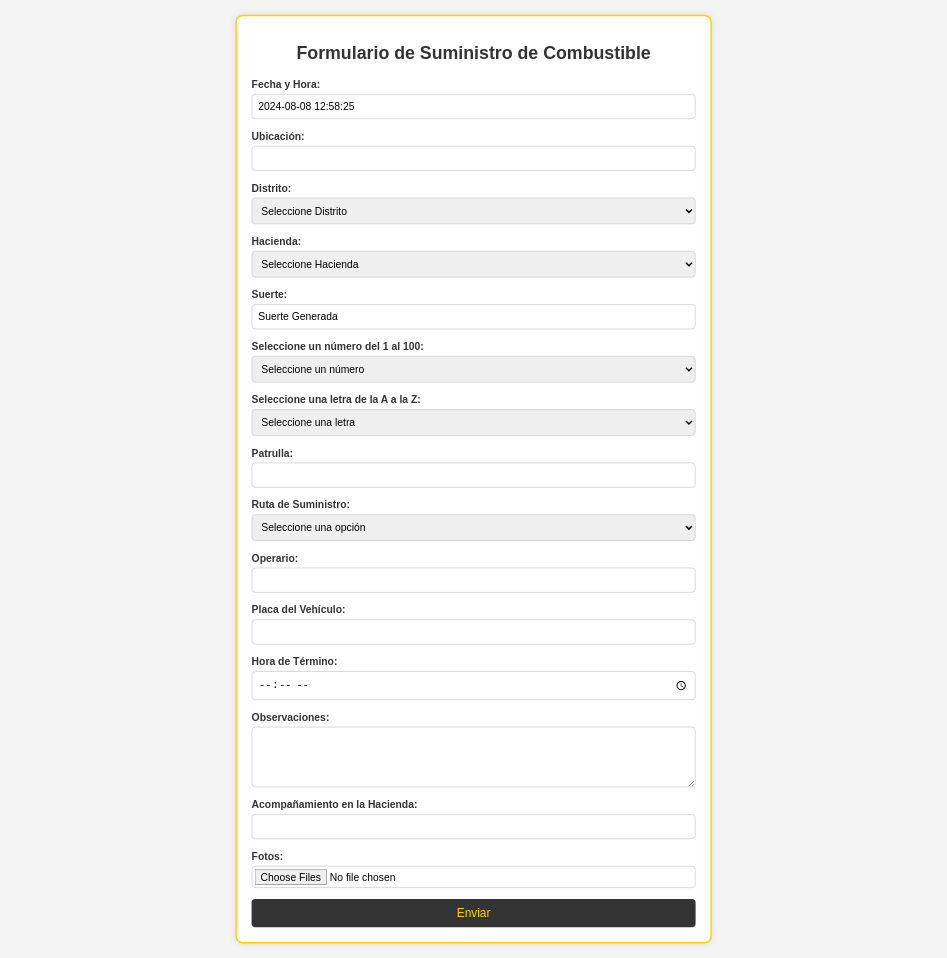
Repository: tayuanlogua/prototipo-de-control-de-accesos
Page: Patrullas/src/suministrocombustible.html
These files come from the project's save history. The page is drawn as it stood at one moment and after the next save; the edit follows.
The browser window is 1280 px wide. The pictures show the whole page, at 74% of full size.

Above is the page before, as saved 2024-08-29 14:50:02.

### Patrullas/src/suministrocombustible.html
<!DOCTYPE html>
<html lang="es">
  <head>
    <meta charset="UTF-8" />
    <meta name="viewport" content="width=device-width, initial-scale=1.0" />
    <title>Formulario de Suministro de Combustible</title>
    <style>
      /* Estilos generales para el body */
      body {
        font-family: Arial, sans-serif;
        background-color: #f4f4f4;
        margin: 0;
        padding: 0;
      }

      /* Estilos para el contenedor del formulario */
      .form-container {
        background-color: #ffffff;
        max-width: 600px;
        margin: 20px auto;
        padding: 20px;
        border-radius: 10px;
        box-shadow: 0 0 10px rgba(0, 0, 0, 0.1);
        display: flex;
        flex-direction: column;
        align-items: center;
        border: 2px solid #ffd200; /* Borde amarillo */
      }

      /* Estilo para el título del formulario */
      h1 {
        text-align: center;
        color: #333;
        font-size: 24px;
        margin-bottom: 20px;
      }

      /* Estilos para los formularios */
      form {
        display: flex;
        flex-direction: column;
        gap: 15px;
        width: 100%;
      }

      .form-group {
        display: flex;
        flex-direction: column;
        gap: 5px;
      }

      .form-group label {
        font-size: 14px;
        color: #333;
        text-align: left;
        font-weight: bold;
      }

      .form-group input[type="text"],
      .form-group input[type="number"],
      .form-group input[type="time"],
      .form-group input[type="date"],
      .form-group select,
      .form-group input[type="file"],
      .form-group textarea {
        width: 100%;
        padding: 8px;
        border: 1px solid #ccc;
        border-radius: 5px;
        box-sizing: border-box;
        font-size: 14px;
      }

      .form-group input[type="file"] {
        padding: 3px;
      }

      .form-group textarea {
        resize: vertical;
      }

      .form-group select {
        padding: 8px;
      }

      /* Estilo para el botón de envío */
      button[type="submit"] {
        display: block;
        width: 100%;
        padding: 10px;
        background-color: #333;
        color: #ffd200; /* Color amarillo */
        border: none;
        border-radius: 5px;
        font-size: 16px;
        cursor: pointer;
        transition: background-color 0.3s ease;
      }

      /* Estilos para el hover en botones */
      button[type="submit"]:hover {
        background-color: #555;
      }
    </style>
  </head>
  <body>
    <div class="form-container">
      <h1>Formulario de Suministro de Combustible</h1>
      <form id="fuel-supply-form">
        <div class="form-group">
          <!-- Fecha (automática) -->
          <label for="fechaHora">Fecha y Hora:</label>
          <input type="text" id="fechaHora" name="fechaHora" readonly />
        </div>
        <div class="form-group">
          <!-- Ubicación (automática) -->
          <label for="ubicacion">Ubicación:</label>
          <input type="text" id="ubicacion" name="ubicacion" readonly />
        </div>
        <!-- Distrito -->
        <div class="form-group">
          <label for="distrito">Distrito:</label>
          <select id="distrito" name="distrito" required>
            <option value="">Seleccione Distrito</option>
            <option value="1">Distrito 1</option>
            <option value="2">Distrito 2</option>
            <option value="3">Distrito 3</option>
            <option value="4">Distrito 4</option>
            <option value="5">Distrito 5</option>
          </select>
        </div>
        <!-- Hacienda -->
        <div class="form-group">
          <label for="hacienda">Hacienda:</label>
          <select id="hacienda" name="hacienda" required>
            <option value="">Seleccione Hacienda</option>
            <!-- Aquí puedes agregar las opciones de haciendas -->
          </select>
        </div>
        <!-- Suerte -->
        <div class="form-group">
          <label for="suerte">Suerte:</label>
          <input type="text" id="suerte" name="suerte" required readonly />
        </div>
        <div class="form-group">
          <label for="numeroSuerte">Seleccione un número del 1 al 100:</label>
          <select id="numeroSuerte" name="numeroSuerte" required>
            <!-- Opciones del 1 al 100 -->
            <option value="">Seleccione un número</option>
            <!-- Aquí puedes agregar las opciones -->
          </select>
        </div>
        <div class="form-group">
          <label for="letraSuerte">Seleccione una letra de la A a la Z:</label>
          <select id="letraSuerte" name="letraSuerte" required>
            <!-- Opciones de A a Z -->
            <option value="">Seleccione una letra</option>
            <!-- Aquí puedes agregar las opciones -->
          </select>
        </div>
        <!-- Resto de campos -->
        <div class="form-group">
          <label for="patrol">Patrulla:</label>
          <input type="text" id="patrol" name="patrol" required />
        </div>
        <div class="form-group">
          <label for="route">Ruta de Suministro:</label>
          <select id="route" name="route" required>
            <option value="">Seleccione una opción</option>
            <option value="norte">Norte</option>
            <option value="sur">Sur</option>
            <option value="centro">Centro</option>
            <option value="mecanizado">Mecanizado</option>
          </select>
        </div>
        <div class="form-group">
          <label for="operator">Operario:</label>
          <input type="text" id="operator" name="operator" required />
        </div>
        <div class="form-group">
          <label for="vehicle-plate">Placa del Vehículo:</label>
          <input type="text" id="vehicle-plate" name="vehicle-plate" required />
        </div>
        <div class="form-group">
          <label for="end-time">Hora de Término:</label>
          <input type="time" id="end-time" name="end-time" required />
        </div>
        <div class="form-group">
          <label for="observations">Observaciones:</label>
          <textarea id="observations" name="observations" rows="4"></textarea>
        </div>
        <div class="form-group">
          <label for="accompaniment">Acompañamiento en la Hacienda:</label>
          <input type="text" id="accompaniment" name="accompaniment" />
        </div>
        <div class="form-group">
          <label for="photos">Fotos:</label>
          <input
            type="file"
            id="photos"
            name="photos"
            accept="image/*"
            multiple
            required
          />
        </div>
        <button type="submit">Enviar</button>
      </form>
    </div>

    <script src="suministrocombustible.js"></script>
  </body>
</html>

### Patrullas/src/suministrocombustible.js
document.addEventListener("DOMContentLoaded", function () {
  // Completa la fecha y la hora actuales
  const fechaHoraInput = document.getElementById("fechaHora");
  const fechaActual = new Date();
  const fechaFormateada = fechaActual.toISOString().split("T")[0]; // Formato YYYY-MM-DD
  const horaFormateada = fechaActual.toTimeString().split(" ")[0]; // Formato HH:MM:SS
  fechaHoraInput.value = `${fechaFormateada} ${horaFormateada}`;

  // Completa la ubicación utilizando la API de geolocalización
  const ubicacionInput = document.getElementById("ubicacion");
  if (navigator.geolocation) {
    navigator.geolocation.getCurrentPosition(
      function (position) {
        const latitud = position.coords.latitude;
        const longitud = position.coords.longitude;
        ubicacionInput.value = `Lat: ${latitud}, Lon: ${longitud}`;
      },
      function (error) {
        console.error("Error obteniendo la ubicación:", error);
        ubicacionInput.value = "Ubicación no disponible";
        switch (error.code) {
          case error.PERMISSION_DENIED:
            console.error("Usuario denegó la solicitud de geolocalización.");
            break;
          case error.POSITION_UNAVAILABLE:
            console.error("Información de ubicación no disponible.");
            break;
          case error.TIMEOUT:
            console.error("La solicitud de geolocalización expiró.");
            break;
          case error.UNKNOWN_ERROR:
            console.error("Error desconocido.");
            break;
        }
      }
    );
  } else {
    ubicacionInput.value = "Geolocalización no soportada por el navegador";
  }

  // Maneja la lógica de selección de distritos y haciendas
  const distritoSelect = document.getElementById("distrito");
  const haciendaSelect = document.getElementById("hacienda");

  const haciendas = {
    1: [
      "Rio Frayle",
      "La Industria",
      "Salsipuedes",
      "Pergola II",
      "Pergola III",
      "ACUARIO",
      "PERGOLA I",
      "Vallecito",
      "Papayal",
      "La Linda",
      "El Rincon",
      "Papayalito",
      "El Tablon Bajo",
      "Cantarohondo",
      "El Tablon Alto",
      "El Baranco",
      "Santa Barbara Participacion",
      "La Michela",
    ],
    2: [
      "Orocue",
      "Palace",
      "San Isidro",
      "Rancho Grande",
      "Romano Barney",
      "Taula Mejia",
      "Vanegas",
      "Holandita Adecañas",
      "Canada Adecañas",
      "Canada",
      "Canada Agrocañas",
      "Canada Esmeralda",
      "Hato",
      "Arado",
      "Yarumales",
      "Mendiola La Paila",
      "Benitez",
      "Hato San Carlos",
      "Mundo Cabaña",
      "La Munda Esmeralda",
      "Canada Cabaña",
      "Hato Agrocañas",
      "Hato Cavi",
    ],
    3: [
      "Cabaña",
      "Caldas",
      "Pilamo",
      "Taula Chiman",
      "Normandia",
      "Santa Helena",
      "Cabaña II",
      "Muchilanga Naranjito",
      "Caldas Agroindustrias",
      "Normandia Agroindustrias",
      "Taula Chiman Agroindistria",
      "Humberto Lopez Cabaña",
      "Arado Adecañas",
      "Toribio Rivas Esmeralda",
      "Cabaña Rabinovich",
      "Naranjo Agrocañas",
      "Naranjo",
      "Muchilanga",
      "Taula Ana",
      "Naranjo Esmeralda",
      "Gobierno Negro",
      "Granada",
      "Cabaña Agrocañas",
      "Naranjo Cabaña",
      "Muchilanga Cabaña",
      "Vegas Cabaña",
      "Alvaro Naranjo Poveda Arrey",
      "El Rebaño",
      "Dulce Jugada Participacion",
    ],
    4: [
      "Cuprecia",
      "Laguna",
      "La Gitana",
      "Vista Hermosa",
      "Nanaluisa",
      "Lote Toro",
      "La Stellia",
      "La Real",
      "El Recuerdo",
      "Tonoli",
      "Laguna Arrendo",
      "Florencia",
      "Casa Grande",
      "Santa Ines",
      "La Loma",
      "Corcovao Adecañas",
      "Veracruz Adecañas",
      "Sarria",
      "Nilo Toro",
      "Janeiro Esmeralda",
      "Hermanas Florez",
      "Las Cañas",
      "Ana Maria Bonilla",
      "El Cairo",
      "Tablanca",
      "Holanda",
      "La Camelia",
      "Sucursal",
      "El Socorro Cabaña",
      "Monaco",
      "La Alsacia",
      "Ventura Olgin",
    ],
    5: [
      "Casablanca",
      "Bocas de Palo",
      "Perico Negro",
      "El Lago",
      "Victoria",
      "Curazao",
      "Coburgo Cantarito",
      "Bohemia",
      "Curazao Escobar",
      "Ceibal Nereida Sepulveda Roja",
      "Curazao Agroindustrias",
      "Curazao Velez",
      "La Moraleja",
      "Curazao Esmeralda",
      "Lago Rabinovich",
      "Quintero",
      "Sofia",
      "Sarria",
      "Victoria Esmeralda",
      "Avenida",
      "Sarria Agrocañas",
      "La Moraleja Accion Fiduciaria",
      "Campo Alegre Argos Arrendo",
      "Moraleja Arango",
      "Cachipay",
      "Moraleja PYS Proyectos Soll",
    ],
  };

  // Función para actualizar el select de haciendas basado en el distrito seleccionado
  const updateHaciendas = () => {
    const selectedDistrito = distritoSelect.value;
    const haciendasList = haciendas[selectedDistrito] || [];

    haciendaSelect.innerHTML = '<option value="">Seleccione Hacienda</option>'; // Reset options
    haciendasList.forEach((hacienda) => {
      const option = document.createElement("option");
      option.value = hacienda;
      option.textContent = hacienda;
      haciendaSelect.appendChild(option);
    });
  };

  // Maneja el cambio en el select de distrito
  distritoSelect.addEventListener("change", updateHaciendas);

  // Completa el campo "Suerte" con un valor generado (puedes ajustar esto según sea necesario)
  const suerteInput = document.getElementById("suerte");
  suerteInput.value = "Suerte Generada"; // Ajustar según la lógica que necesites

  // Completa los campos de selección de número y letra con opciones
  const numeroSuerteSelect = document.getElementById("numeroSuerte");
  const letraSuerteSelect = document.getElementById("letraSuerte");

  for (let i = 1; i <= 100; i++) {
    const option = document.createElement("option");
    option.value = i;
    option.textContent = i;
    numeroSuerteSelect.appendChild(option);
  }

  const letras = "ABCDEFGHIJKLMNOPQRSTUVWXYZ";
  letras.split("").forEach((letra) => {
    const option = document.createElement("option");
    option.value = letra;
    option.textContent = letra;
    letraSuerteSelect.appendChild(option);
  });
});

After the next save:
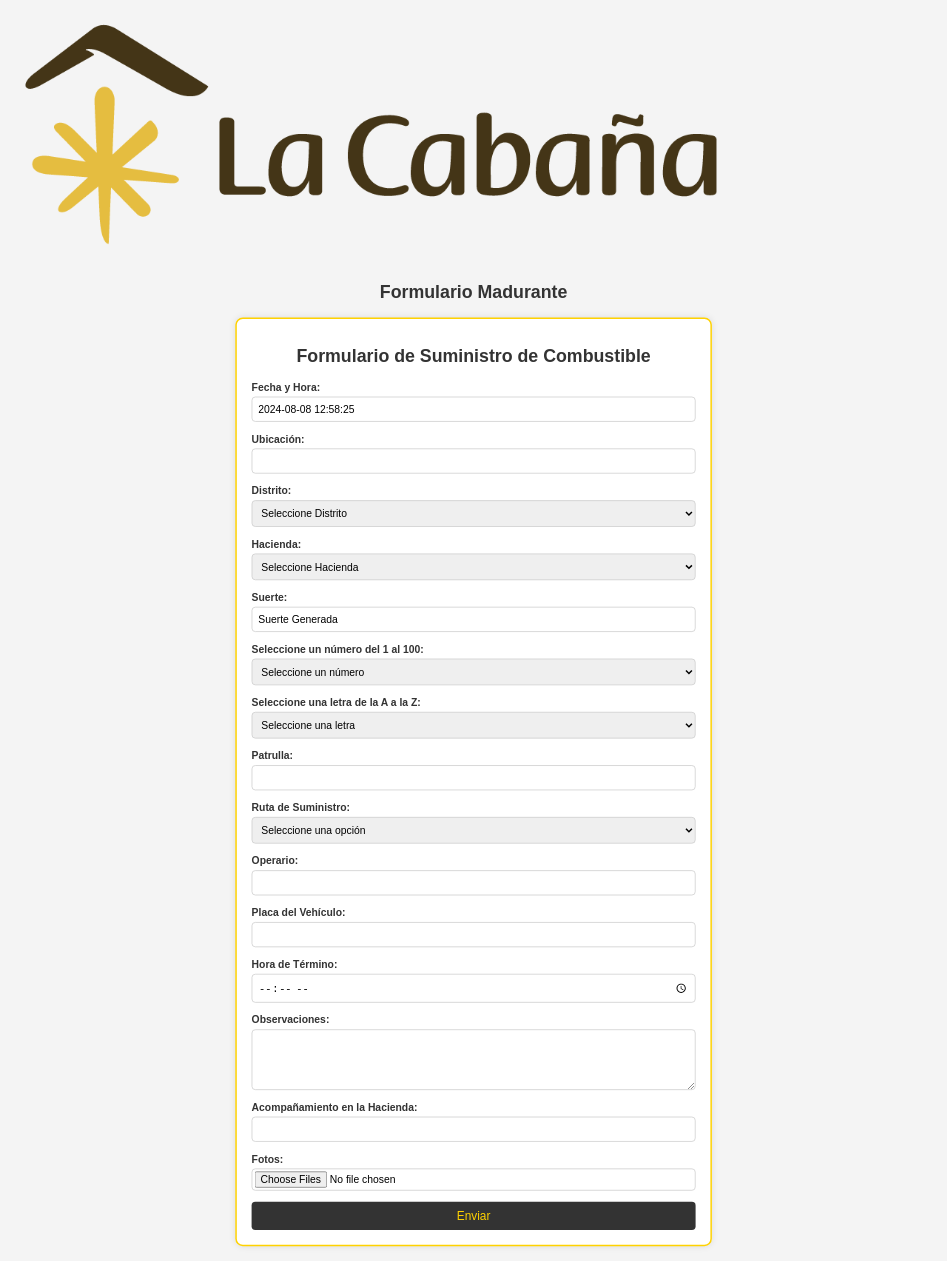
Saved 5 min 31 s later.
--- a/Patrullas/src/suministrocombustible.html
+++ b/Patrullas/src/suministrocombustible.html
@@ -104,6 +104,10 @@
     </style>
   </head>
   <body>
+    <header class="header">
+      <img src="imagenes/LOGO.png" alt="Logo" class="logo" />
+      <h1>Formulario Madurante</h1>
+    </header>
     <div class="form-container">
       <h1>Formulario de Suministro de Combustible</h1>
       <form id="fuel-supply-form">
